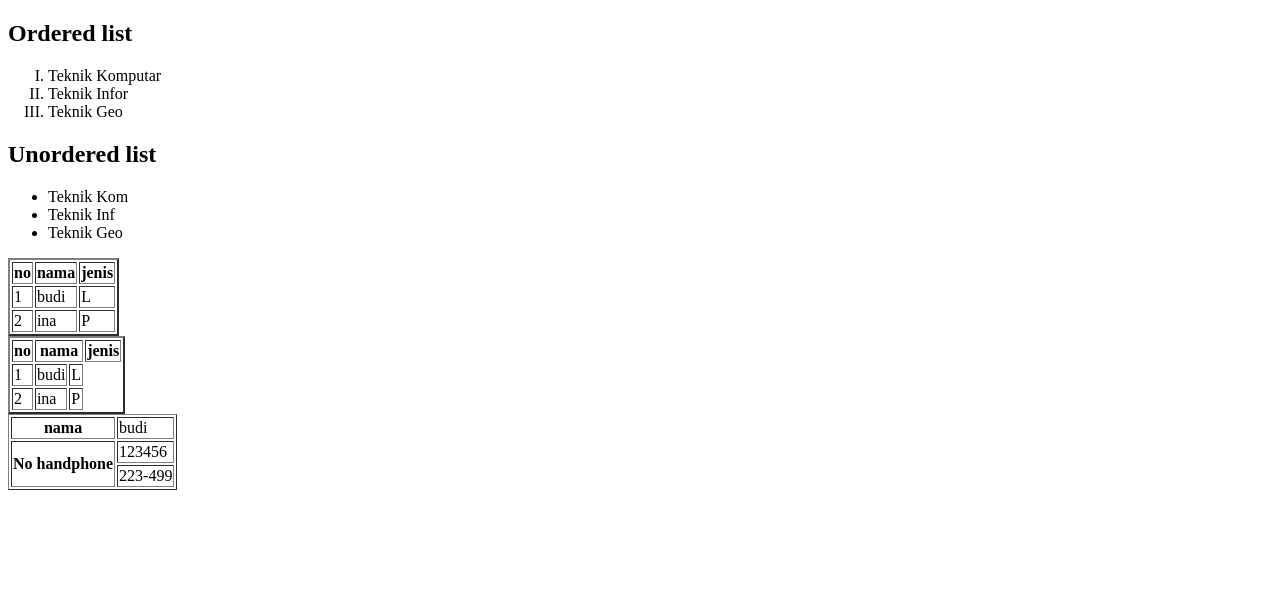
Repository: keyx-alt/pemrograman_web
Page: list.html
These files come from the project's save history. The page is drawn as it stood at one moment and after the next save; the edit follows.
The browser window is 1280 px wide. The pictures show the whole page.

Above is the page before, as saved 2026-04-16 14:04:30.

### list.html
<!DOCTYPE html>
<html lang="en">
<head>
    <meta charset="UTF-8">
    <meta name="viewport" content="width=device-width, initial-scale=1.0">
    <title>Document</title>
</head>
<body>
    <h2>Ordered list</h2>

    <ol type="I">
        <li>Teknik Komputar</li>
        <li>Teknik Infor</li>
        <li>Teknik Geo</li>
    </ol>

    <h2>Unordered list</h2>

    <ul>
        <li>Teknik Kom</li>
        <li>Teknik Inf</li>
        <li>Teknik Geo</li>
    </ul>

    <table border="2">
        <tr>
            <th>no</th>
            <th>nama</th>
            <th>jenis</th>
        </tr>
        <tr>
            <td>1</td>
            <td>budi</td>
            <td>L</td>
        </tr>
        <tr>
            <td>2</td>
            <td>ina</td>
            <td>P</td>
        </tr>
    </table>

     <table border="2">
        <tr>
            <th>no</th>
            <th colspan="2">nama</th>
            <th>jenis</th>
        </tr>
        <tr>
            <td>1</td>
            <td>budi</td>
            <td>L</td>
        </tr>
        <tr>
            <td>2</td>
            <td>ina</td>
            <td>P</td>
        </tr>
    </table>

    <table border="1">
        <tr>
            <th>nama</th>
            <td>budi</td>
        </tr>
        <tr>
            <th rowspan="2">No handphone</th>
            <td>123456</td>
        </tr>
        <tr>
            <td>223-499</td>
        </tr>
    </table>
</body>
</html>

After the next save:
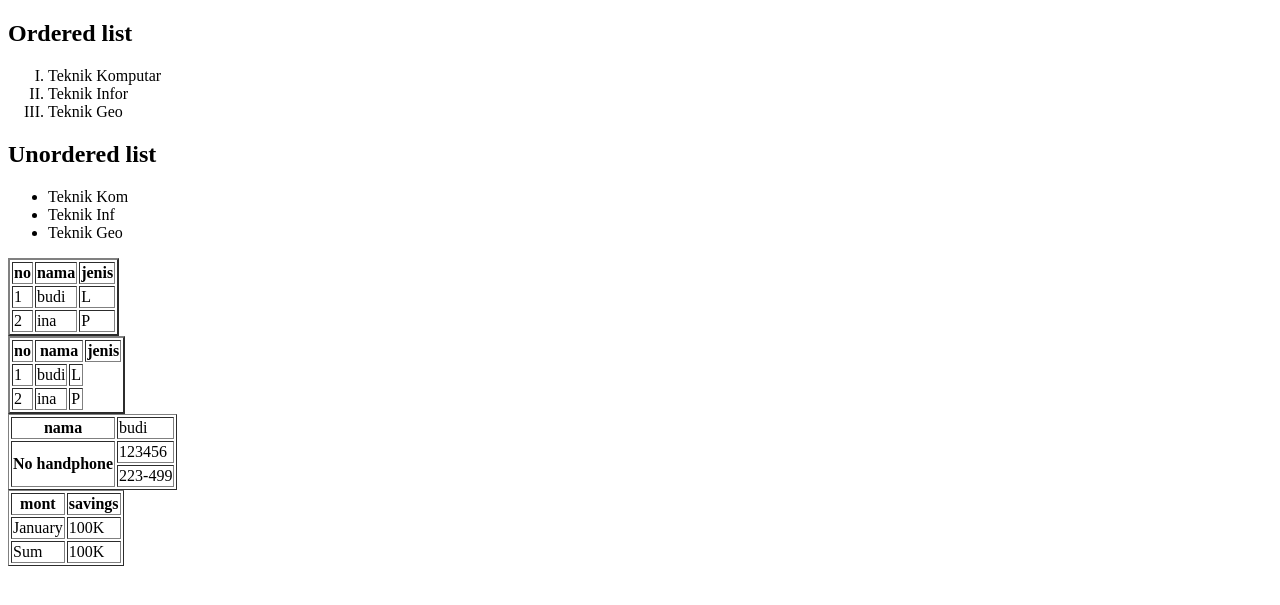
Saved 2 min 56 s later.
--- a/list.html
+++ b/list.html
@@ -71,5 +71,26 @@
             <td>223-499</td>
         </tr>
     </table>
+
+    <table border="1">
+        <thead>
+            <tr>
+                <th>mont</th>
+                <th>savings</th>
+            </tr>
+        </thead>
+        <tbody>
+            <tr>
+                <td>January</td>
+                <td>100K</td>
+            </tr>
+        </tbody>
+        <tfoot>
+            <tr>
+                <td>Sum</td>
+                <td>100K</td>
+            </tr>
+        </tfoot>
+    </table>
 </body>
 </html>
